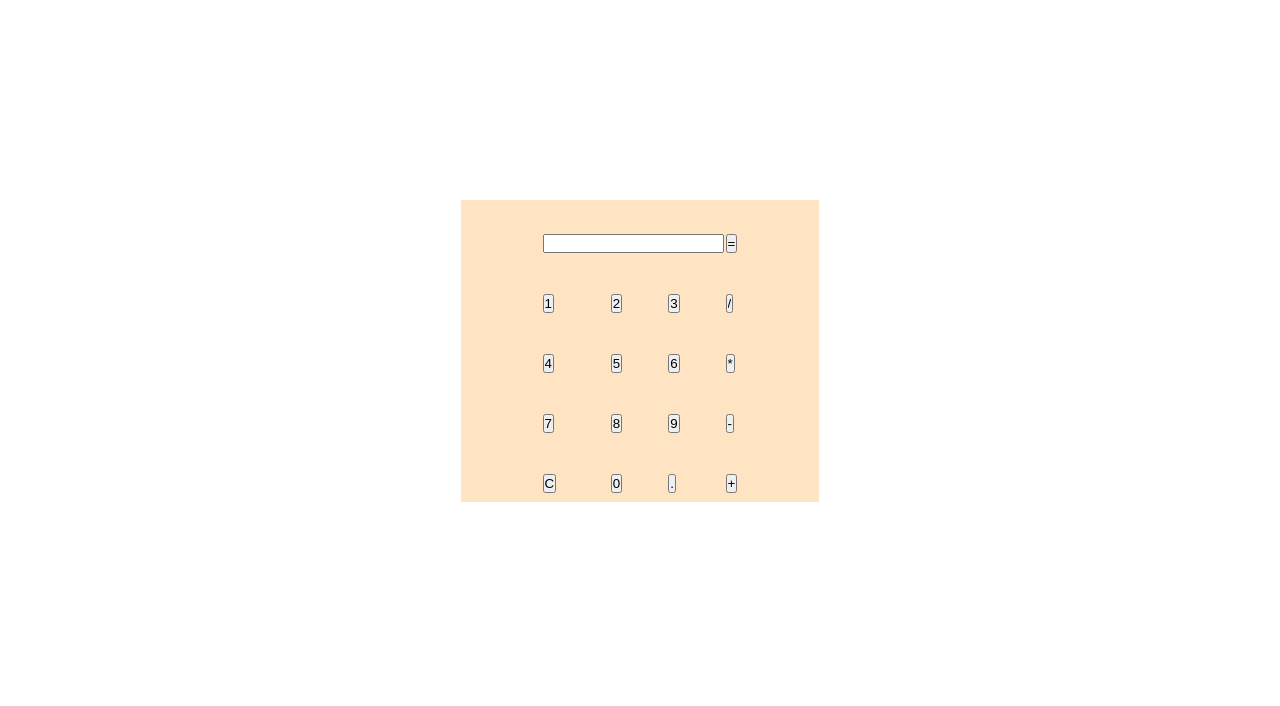
Repository: Seryozha02/CalculatorAndStopwatch
Page: calculator.html
An editor plug-in stored every save of this project. The page is shown before and after the next save, followed by the edit.
The browser window is 1280 px wide. The pictures show the whole page.

Above is the page before, as saved 2022-10-03 00:23:00.

After the next save:
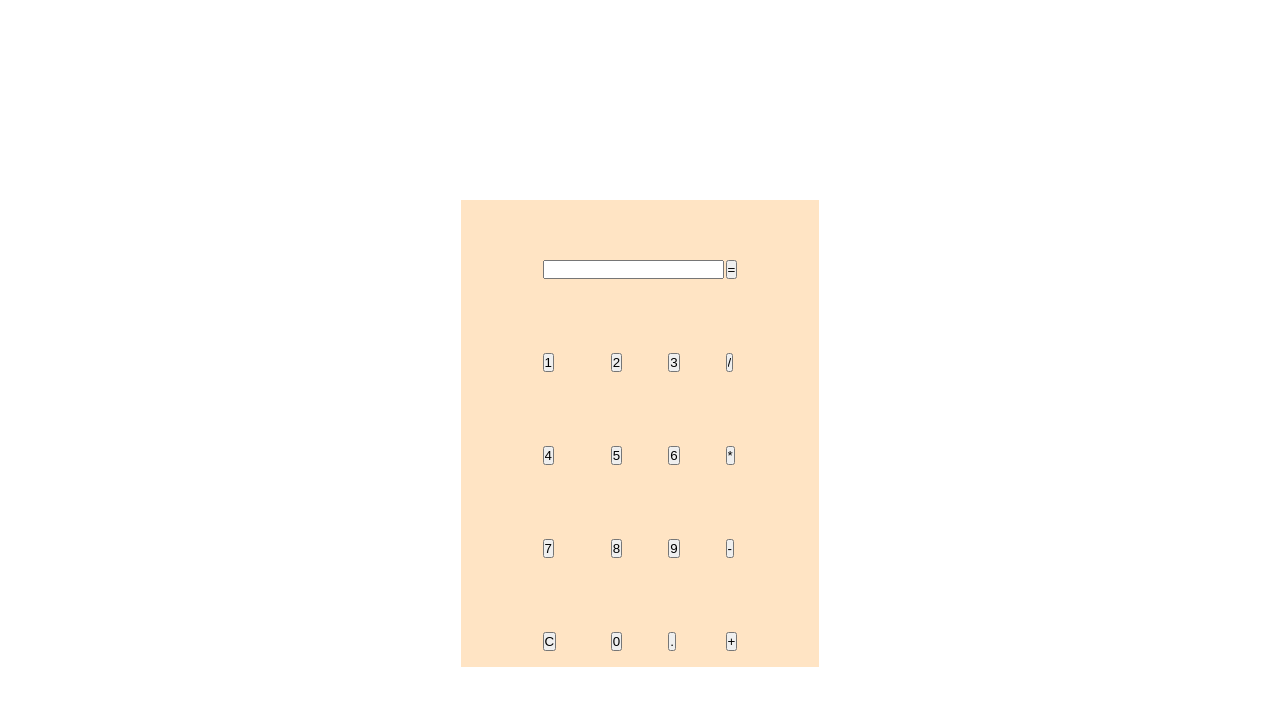
Saved 6 s later.
--- a/calculator.css
+++ b/calculator.css
@@ -10,5 +10,5 @@
     margin: 0 auto;
     margin-top: 200px;
     padding: 0 80px;
-    font-size: 50px;
+    font-size: 80px;
 }

After the save that followed:
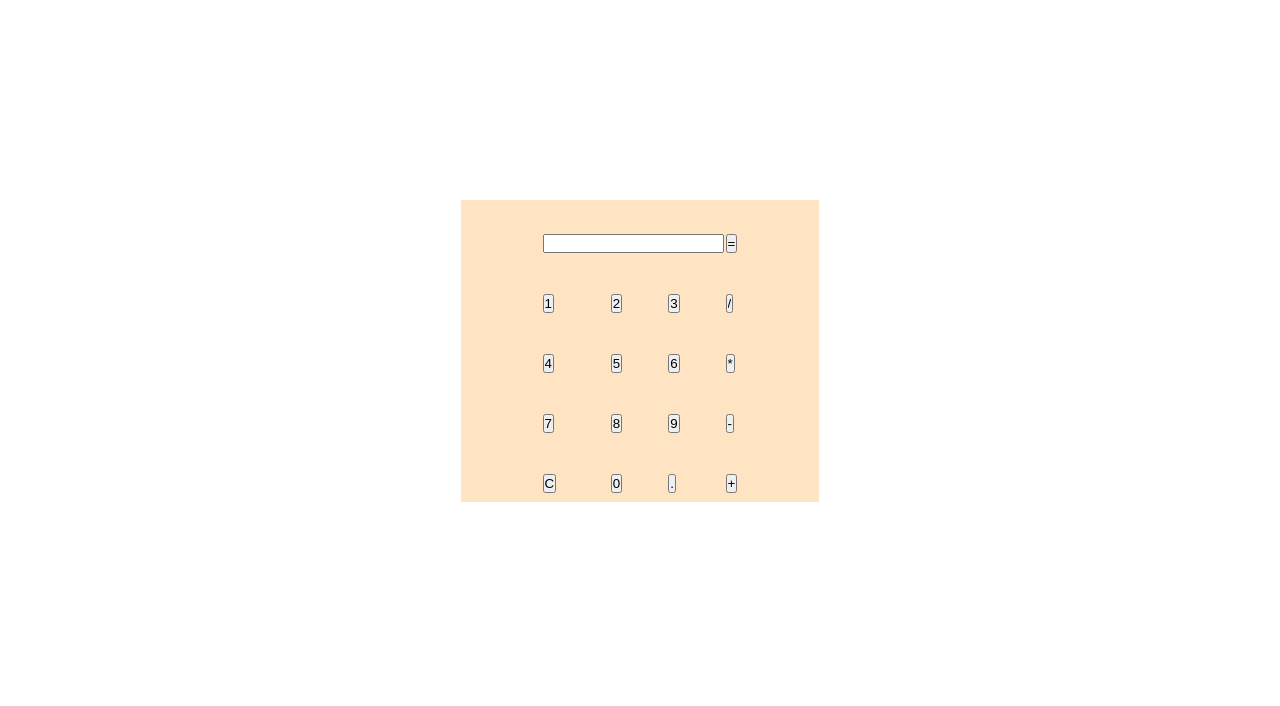
Saved 5 s later.
--- a/calculator.css
+++ b/calculator.css
@@ -10,5 +10,5 @@
     margin: 0 auto;
     margin-top: 200px;
     padding: 0 80px;
-    font-size: 80px;
+    font-size: 50px;
 }
